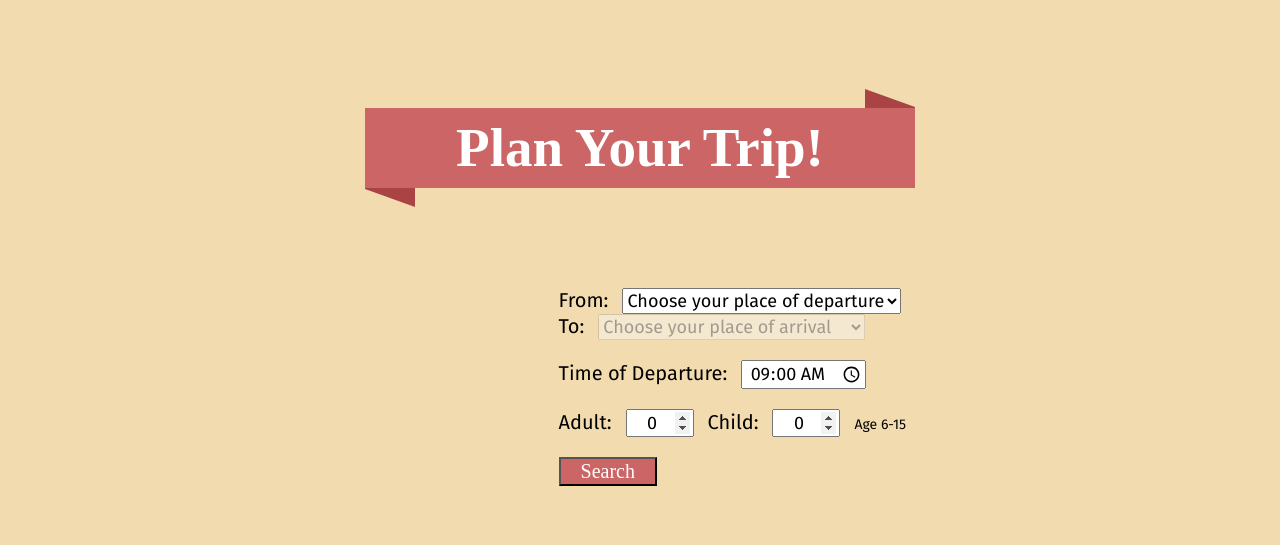
Repository: bbh0607/bae_dNation
Page: public/index.html
These files come from the project's save history. The page is drawn as it stood at one moment and after a run of saves; the edit follows.
The browser window is 1280 px wide. The pictures show the whole page.
Some web fonts or font styles are not loaded; a fallback is used.

Above is the page before, as saved 2020-02-01 04:01:10.

After the next 4 saves:
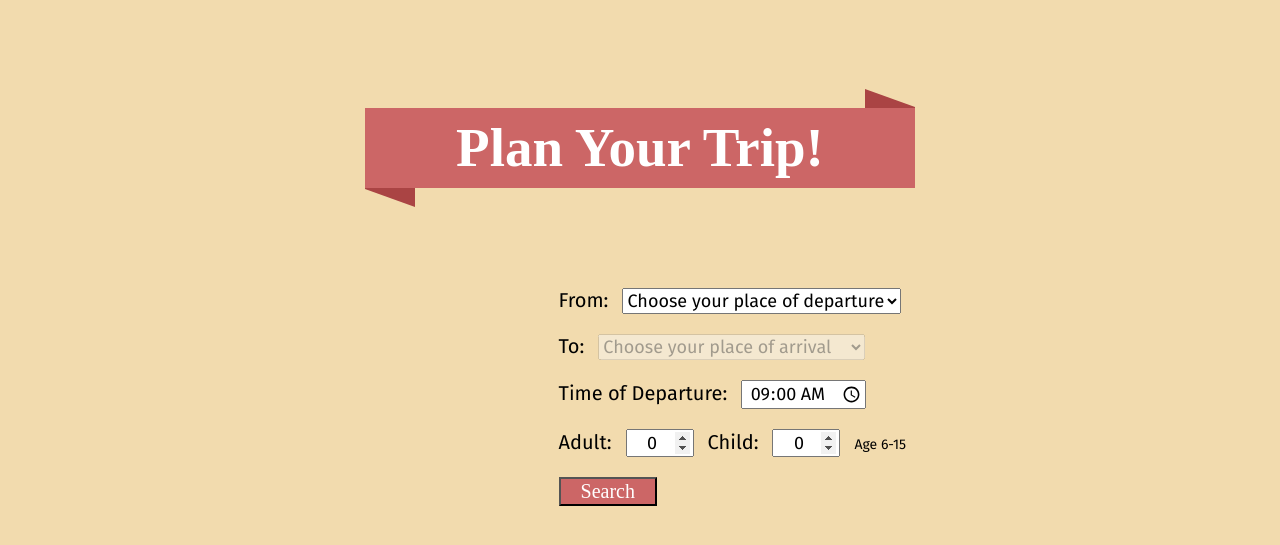
The 4 saves are shown as one change because they came seconds apart.
The last was saved 12 s later.
--- a/public/index.html
+++ b/public/index.html
@@ -21,6 +21,7 @@
             <option value="OTHER">Other..</option>
           </select>
         </li>
+        <li>
           <label for="to">To:</label>
           <select id="toSelect" name="to" onchange="removeDuplicate(this)" disabled required>
             <option value="DEFAULT" selected disabled hidden>Choose your place of arrival</option>
